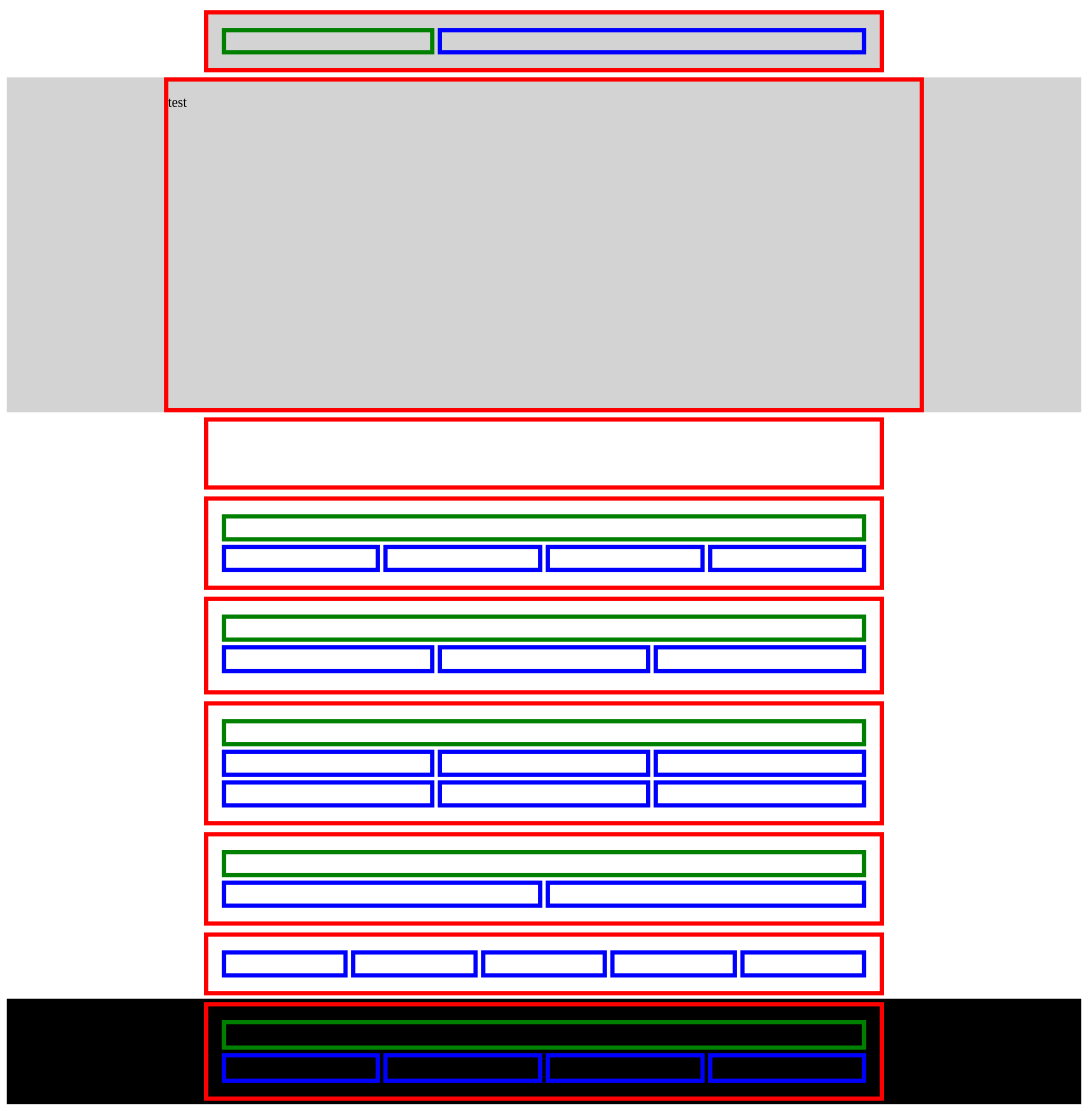
Repository: anderscederberg11/LAB2BG
Page: index.html
The author's editor kept a copy of each file at every save. The page is drawn from the files as they stood at one save, then again after the next save.
The browser window is 1280 px wide. The pictures show the whole page, at 85% of full size.

Above is the page before, as saved 2024-02-01 21:16:18.

### index.html
<!doctype html>
<html class="no-js" lang="en">

<head>
  <meta charset="utf-8">
  <meta name="viewport" content="width=device-width, initial-scale=1">
  <title>Sebastians Wonderful Website</title>
  <link rel="stylesheet" href="css/style.css">
  <meta name="description" content="sebastians website">
  <meta property="og:title" content="Sebastians Wonderful Website">
  <meta property="og:type" content="website">
  <meta property="og:url" content="https://www.SebastianWebsite.com">
  <!--<meta property="og:image" content=""> -->

  <link rel="icon" href="/favicon.ico" sizes="any">
  <link rel="icon" href="/icon.svg" type="image/svg+xml">
  <link rel="apple-touch-icon" href="icon.png">

</head>
    <body class="displayContainer">

        <header class="headerContainer">
            <div class="headerTitleContainer">
                <h1 class="title"></h1>
            </div>
            <div class="headerImageContainer"></div>
        </header>

        <div class="sectionOne">
            <div class="sectionOneImage">
                <div class="sectionOneList">
                    <p>test</p>
                </div>
                <!-- image -->
            </div>
        </div>

        <div class="sectionTwo">
            <h1 class="title"></h1>
        </div>

        <div class="sectionThree">
            <div class="headerSectionThree">
                <h2 class="secondHeader"></h2>
                <h5 class="subHeader"></h5>
            </div>
            <div class="card"></div>
            <div class="card"></div>
            <div class="card"></div>
            <div class="card"></div>
        </div>

        <div class="sectionFour">
            <div class="headerSectionFour">
                <h2 class="secondHeader"></h2>
                <h5 class="subHeader"></h5>
            </div>
            <div class="card-special"></div>
            <div class="card"></div>
            <div class="card"></div>
            <div class="card-superspecial"></div>
        </div>

        <div class="sectionFive">
            <div class="headerSectionFive">
                <h2 class="secondHeader"></h2>
                <h5 class="subHeader"></h5>
            </div>
            <div class="card"></div>
            <div class="card"></div>
            <div class="card"></div>
            <div class="card"></div>
            <div class="card"></div>
            <div class="card"></div>
        </div>

        <div class="sectionSix">
            <div class="headerSectionSix">
                <h2 class="secondHeader"></h2>
                <h5 class="subHeader"></h5>
            </div>
            <div class="card-special"></div>
            <div class="card-special"></div>
        </div>

        <div class="sectionSeven">
            <div class="card"></div>
            <div class="card"></div>
            <div class="card"></div>
            <div class="card"></div>
            <div class="card"></div>
        </div>

        <footer class="footerContainer">
            <div class="sectionFooter">
                <div class="footerInfo"><h6></h6></div>
                <div class="footerInfoCard"><h4></h4></div>
                <div class="footerInfoCard"><h4></h4></div>
                <div class="footerInfoCard"><h4></h4></div>
                <div class="footerInfoCard"><h4></h4></div>
            </div>
        </footer>

    </body>
</html>

### css/style.css
.displayContainer{
  display:flex;
  flex-direction: column;
  align-items: center;
}

.card, .card-special {
  border: 5px solid blue;
}

.headerContainer{
  grid-template-columns: repeat(3, 1fr);
  background-color: lightgrey;
  display:grid;
  width:60%;
  grid-gap:0.25em;
  padding:1em;
  margin:0.25em;
  border: 5px solid red;
}

.headerTitleContainer{
  border: 5px solid green;
}

.headerImageContainer{
  grid-column: 2/4;
  border: 5px solid blue;
}

.sectionOne{
  flex-direction: column;
  align-items: center;
  background-color: lightgrey;
  width:100%;
  border:none;
  margin:0.25vh;
}

.sectionOneList{

}

.sectionOneImage{
  width:70%;
  height:30vw;
  border: 5px solid red;
}

.sectionTwo, .sectionThree, .sectionFour, .sectionFive, .sectionSix, .sectionSeven, .sectionFooter{
  display:grid;
  width:60%;
  grid-gap:0.25em;
  padding:1em;
  margin:0.25em;
  border: 5px solid red;
}

.headerSectionThree, .headerSectionFour, .headerSectionFive, .headerSectionSix, .footerInfo{
  border: 5px solid green;
}

.sectionOne, .sectionSix, .sectionSeven{
  display: none;
}
.sectionThree, .sectionFour, .sectionFive{
  grid-template-columns: repeat(1, 1fr);
}
.headerSectionThree, .headerSectionFour, .headerSectionFive{
  grid-column: span 1;
}
.headerSectionThree{

}
.sectionThree, .sectionFour{
  grid-template-rows: repeat(5, 1fr);
}
.sectionFive{
  grid-template-rows: repeat(7, 1fr);
}

.footerContainer{
  display:flex;
  flex-direction: column;
  align-items: center;
  width:100%;
  background-color: black;
}

.sectionFooter{

}

.footerInfo{

}

.footerInfoCard{
  border: 5px solid blue;
}

/* Small only */
@media screen and (max-width: 39.9375em) {}

/* Medium and up */
@media screen and (min-width: 40em) {}

/* Medium only */
@media screen and (min-width: 40em) and (max-width: 63.9375em) {
  .sectionThree, .sectionFour, .sectionFooter, .sectionFive{
    grid-template-columns: repeat(2, 1fr);
    grid-template-rows: repeat(3, 1fr);
  }

  .headerSectionThree, .footerInfo, .headerSectionFour, .sectionFour .card-special, .headerSectionFive {
    grid-column: span 2;
  }

  .sectionFive{
    grid-template-rows: repeat(4, 1fr);
  }

  .sectionSix{
    grid-template-columns: repeat(1, 1fr);
    grid-template-rows: repeat(3, 1fr);
  }

  .headerSectionSix{
    grid-column: span 1;
  }
}

/* Large and up */
@media screen and (min-width: 64em) {
  .sectionSix, .sectionSeven{
    display: grid;
  }
  .sectionOne{
    display:flex;
  }
  .sectionThree, .sectionFooter{
    grid-template-columns: repeat(4, 1fr);
    grid-template-rows: repeat(2, 1fr);
  }

  .headerSectionThree, .footerInfo{
    grid-column: span 4;
  }

  .sectionFour{
    grid-template-columns: repeat(3, 1fr);
    grid-template-rows: repeat(2, 1fr);
  }

  .headerSectionFour{
    grid-column: span 3;
  }

  .sectionFive{
    grid-template-columns: repeat(3, 1fr);
    grid-template-rows: repeat(3, 1fr);
  }

  .headerSectionFive{
    grid-column: span 3;
  }

  .sectionSix{
    grid-template-columns: repeat(2, 1fr);
    grid-template-rows: repeat(2, 1fr);
  }

  .headerSectionSix{
    grid-column: span 2;
  }

  .sectionSeven{
    grid-template-columns: repeat(5, 1fr);
    height:31.51px; /*REMOVE*/
  }
}

/* Large only */
@media screen and (min-width: 64em) and (max-width: 74.9375em) {}

After the next save:
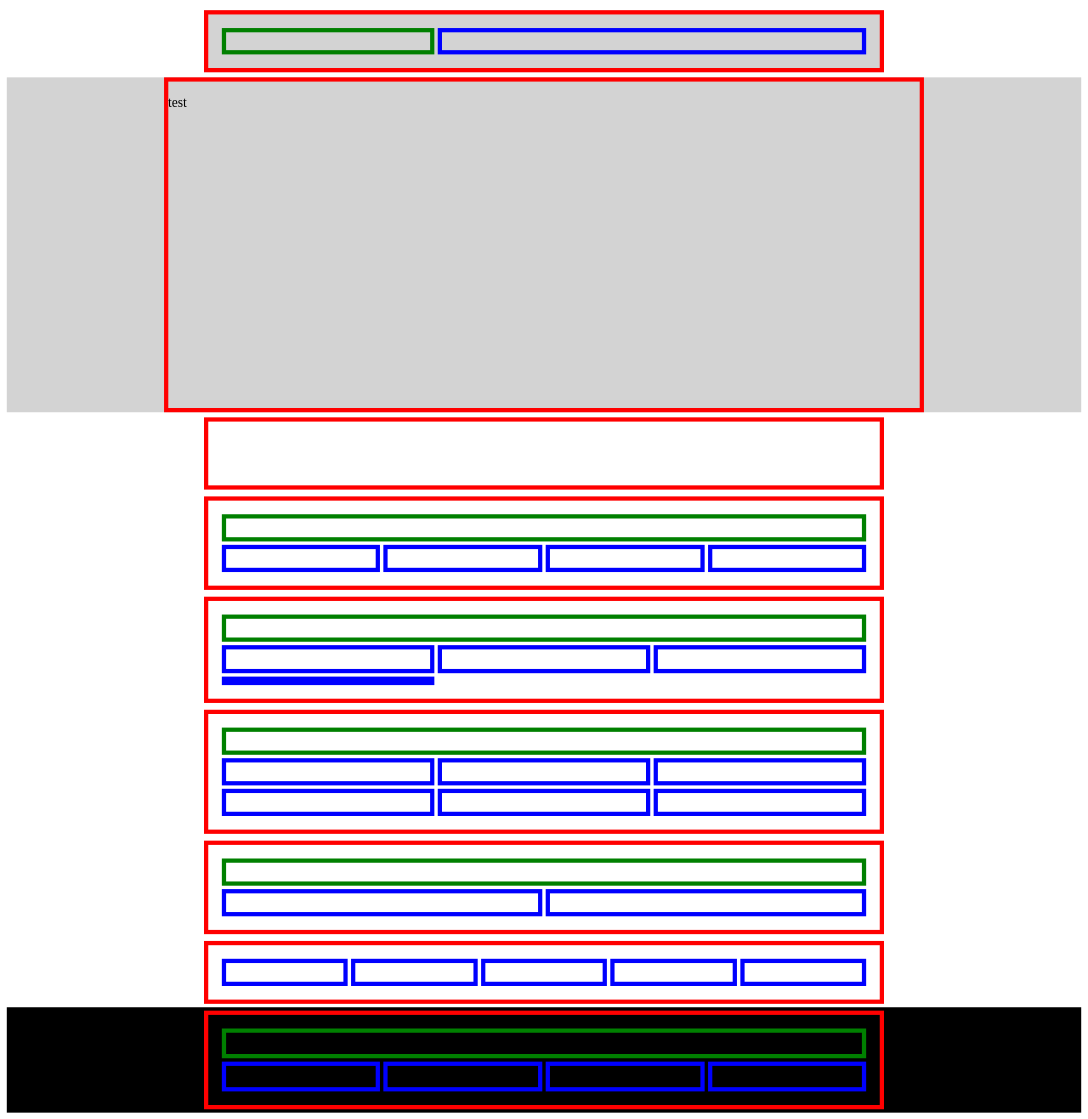
Saved 24 s later.
--- a/css/style.css
+++ b/css/style.css
@@ -4,7 +4,7 @@
   align-items: center;
 }
 
-.card, .card-special {
+.card, .card-special, .card-superspecial{
   border: 5px solid blue;
 }
 
